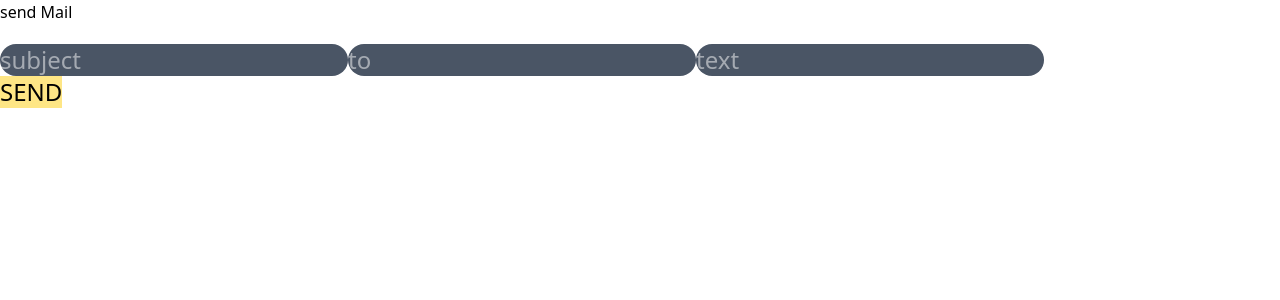
Repository: ridhukhan/sendmail
Page: / (app in Frontend/)
The author's editor kept a copy of each file at every save. The page is drawn from the files as they stood at one save, then again after the next save.
The browser window is 1280 px wide. The pictures show the whole page.
The project was rebuilt for these pictures with package versions that can differ from the ones it lists, and the page was loaded fresh each time.

Above is the page before, as saved 2026-02-10 14:56:02.

### Frontend/src/main.jsx
import { StrictMode } from 'react'
import { createRoot } from 'react-dom/client'
import './index.css'
import App from './App.jsx'
export const server="http://localhost:5000"
createRoot(document.getElementById('root')).render(
  <StrictMode>
    <App />
  </StrictMode>,
)

### Frontend/src/App.jsx

function App() {

  return (
    <>
    <h1>send Mail </h1>
    <form className="flex-col text-2xl align-middle justify-center">
<input type="text" name="" id="" placeholder='subject' className="bg-gray-600 text-white border-amber-50 rounded-2xl"/>


<input type="email" name="" id="" placeholder='to' className="bg-gray-600 text-white border-amber-50 rounded-2xl mt-5" />
<input type="text" name="" id="" placeholder='text' className="bg-gray-600 text-white border-amber-50 rounded-2xl mt-5"/><br />
<button className="bg-amber-200">SEND</button>
    </form>
       </>
  )
}

export default App

Loaded but not shown: Frontend/index.html (common file); Frontend/src/index.css (common file)

After the next save:
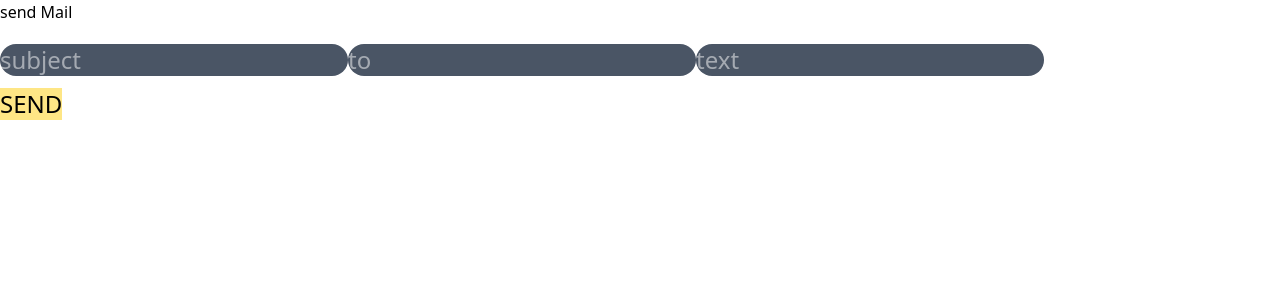
Saved 7 s later.
--- a/Frontend/src/App.jsx
+++ b/Frontend/src/App.jsx
@@ -10,7 +10,7 @@ function App() {
 
 <input type="email" name="" id="" placeholder='to' className="bg-gray-600 text-white border-amber-50 rounded-2xl mt-5" />
 <input type="text" name="" id="" placeholder='text' className="bg-gray-600 text-white border-amber-50 rounded-2xl mt-5"/><br />
-<button className="bg-amber-200">SEND</button>
+<button className="bg-amber-200 mt-3">SEND</button>
     </form>
        </>
   )
